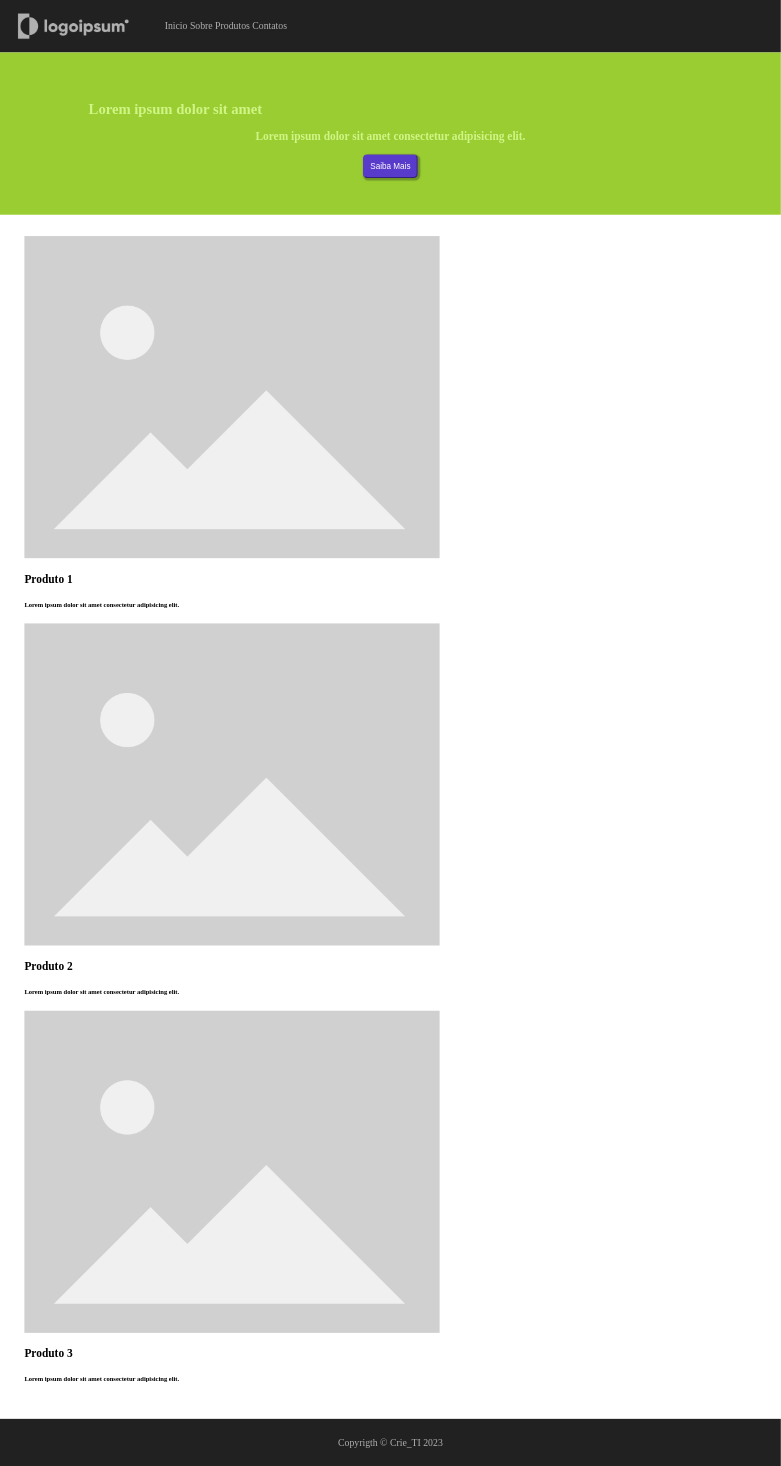
Repository: robsonwssantos/Projeto_Olaria
Page: Exercicios/ex.01/index.html
An editor plug-in stored every save of this project. The page is shown before and after the next save, followed by the edit.
The browser window is 1280 px wide. The pictures show the whole page, at 61% of full size.

Above is the page before, as saved 2023-04-21 11:33:27.

After the next save:
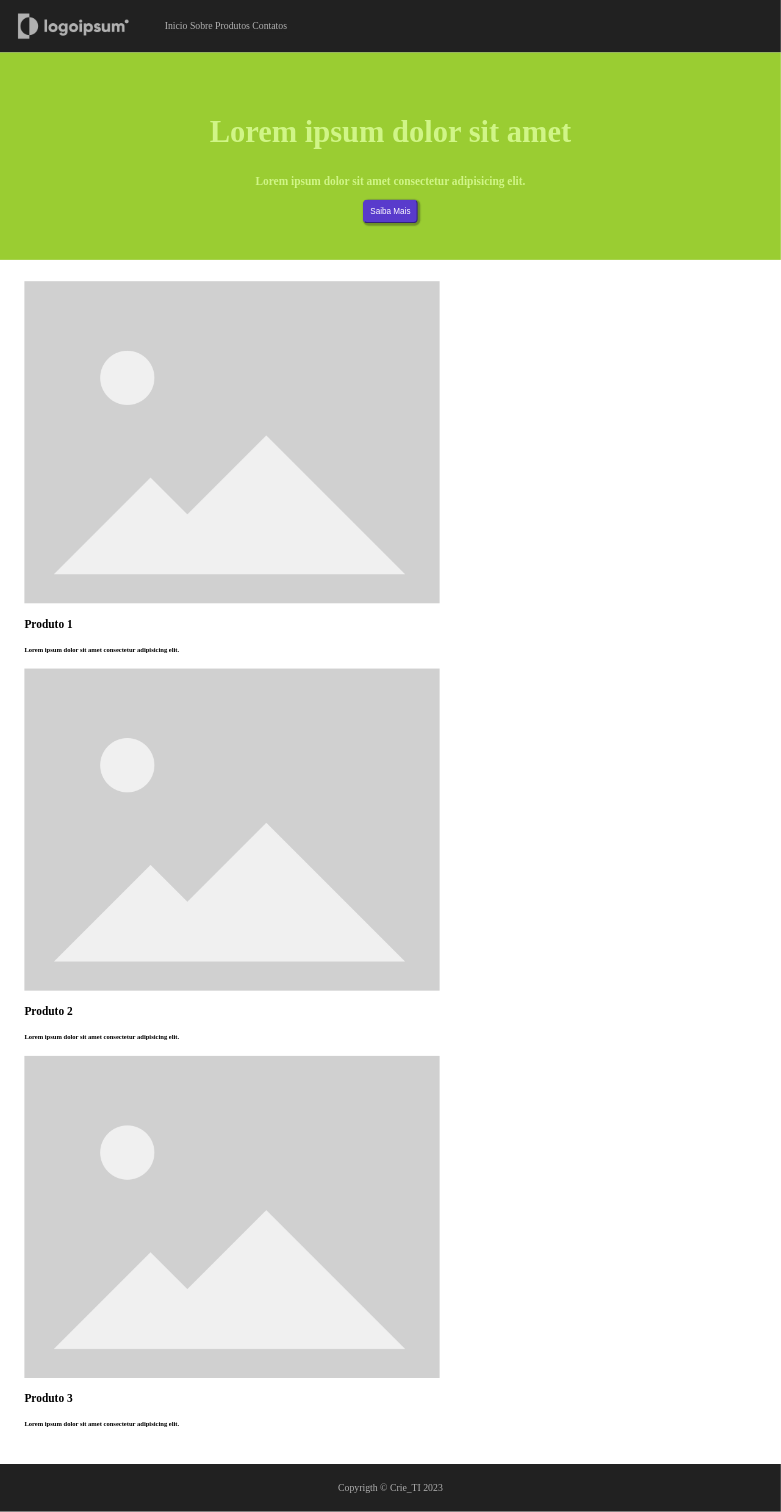
Saved 34 s later.
--- a/Exercicios/ex.01/index.html
+++ b/Exercicios/ex.01/index.html
@@ -24,7 +24,7 @@
         }
 
         .banner h1 {
-            width: 455px;
+            font-size: 50px;
         }
 
         .botao {
